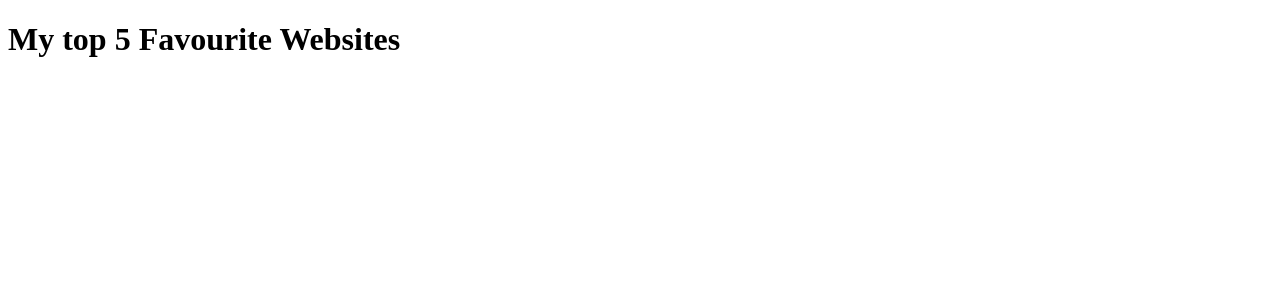
Repository: arzeee/Web_Course
Page: 3.2+Anchor+Elements/3.2 Anchor Elements/index.html
An editor plug-in stored every save of this project. The page is shown before and after a run of saves, followed by the edit.
The browser window is 1280 px wide. The pictures show the whole page.

Above is the page before, as saved 2024-12-02 10:50:41.

### 3.2+Anchor+Elements/3.2 Anchor Elements/index.html
<!DOCTYPE html>
<html lang="en">
<head>
    <meta charset="UTF-8">
    <meta name="viewport" content="width=device-width, initial-scale=1.0">
    <title>Document</title>
</head>
<body>
    <h1>My top 5 Favourite Websites</h1>


</body>
</html>

<!-- Write your code below -->

After the next 5 saves:
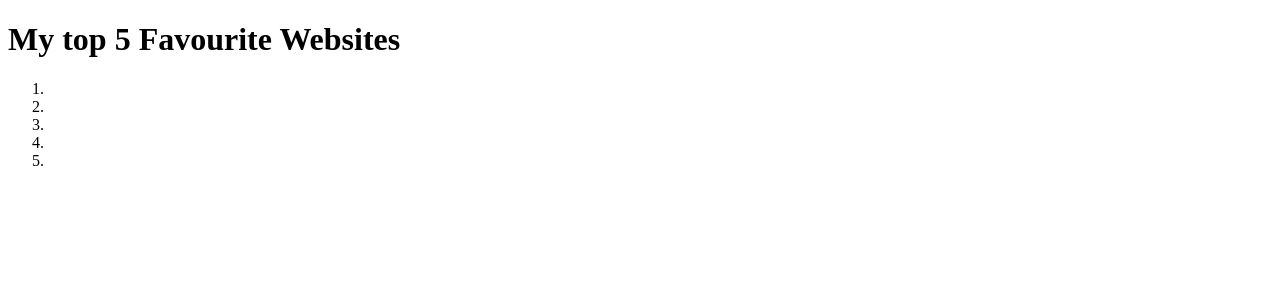
The 5 saves are shown as one change because they came seconds apart.
The last was saved 18 s later.
--- a/3.2+Anchor+Elements/3.2 Anchor Elements/index.html
+++ b/3.2+Anchor+Elements/3.2 Anchor Elements/index.html
@@ -7,7 +7,13 @@
 </head>
 <body>
     <h1>My top 5 Favourite Websites</h1>
-
+    <ol>
+        <li><a href=""></a></li>
+        <li><a href=""></a></li>
+        <li><a href=""></a></li>
+        <li><a href=""></a></li>
+        <li><a href=""></a></li>
+    </ol>
 
 </body>
 </html>
